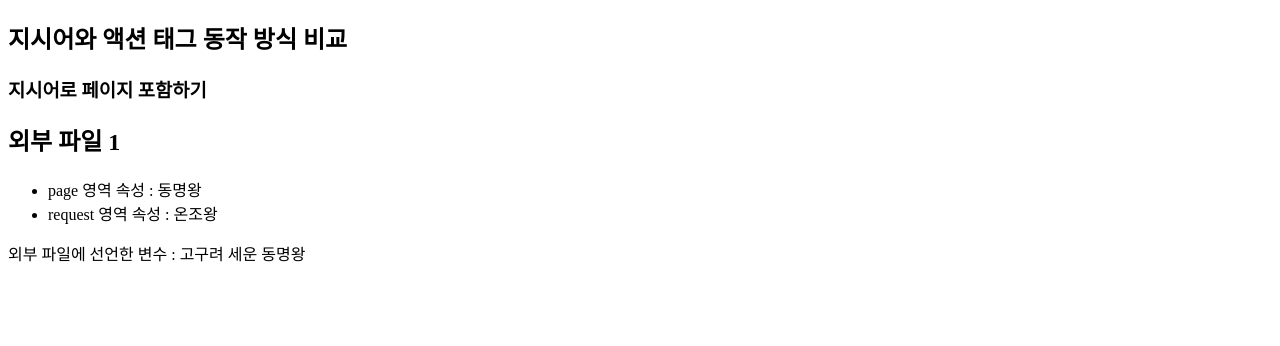
Repository: SteelIndustry/neo
Page: http://localhost/HelloWorld/07ActionTag/ForwardSub.jsp
The author's editor kept a copy of each file at every save. The page is drawn from the files as they stood at one save, then again after the next save.
The browser window is 1280 px wide. The pictures show the whole page.
The page is served by Tomcat 9.

Above is the page before, as saved 2022-09-07 01:19:04.

After the next save:
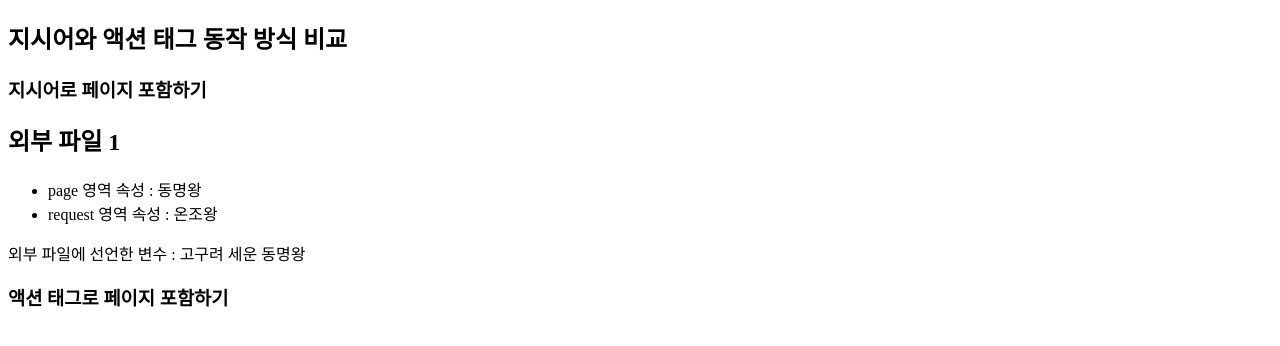
Saved 17 s later.
--- a/WebJSP/HelloWorld/WebContent/07ActionTag/ForwardSub.jsp
+++ b/WebJSP/HelloWorld/WebContent/07ActionTag/ForwardSub.jsp
@@ -21,5 +21,8 @@ request.setAttribute("rAttr", "온조왕");
 	<h3>지시어로 페이지 포함하기</h3>
 	<%@ include file="./inc/OuterPage1.jsp" %>
 	<p>외부 파일에 선언한 변수 : <%=newVar1%></p>
+
+	<!-- 액션 태그 방식 -->
+	<h3>액션 태그로 페이지 포함하기</h3>
 </body>
 </html>
